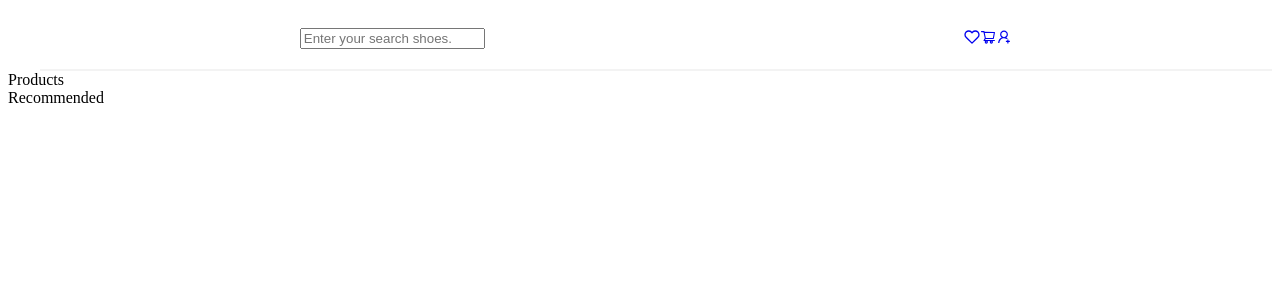
Repository: BKRavindu/fillterigInReact
Page: / (app in myapp/)
An editor plug-in stored every save of this project. The page is shown before and after the next save, followed by the edit.
The browser window is 1280 px wide. The pictures show the whole page.
The project was rebuilt for these pictures with package versions that can differ from the ones it lists, and the page was loaded fresh each time. Also part of the build but not shown: myapp/src/Products/Products.css, myapp/src/Recommended/Recommended.css.

Above is the page before, as saved 2024-05-14 22:34:03.

### myapp/src/App.js
import Nav from "./Navigation/Nav";
import Products from "./Products/Products";
import Recommended from "./Recommended/Recommended";

function App() {
  return (
    <>
      <Nav></Nav>
      <Products></Products>
      <Recommended></Recommended>
    </>

  );
}

export default App;

### myapp/src/Navigation/Nav.js
import { FiHeart } from "react-icons/fi";
import { AiOutlineShoppingCart,AiOutlineUserAdd } from "react-icons/ai";

import "./Nav.css";


function Nav() {
  return (
    <nav>
      <div className="nav-container">
        <input
          type="text"
          className="search-input"
          placeholder="Enter your search shoes.">
        </input>
      </div>
      <div className=".profile-container">
        <a href="#">
          <FiHeart className="nav-icons"></FiHeart>
        </a>
        <a href="#">
          <AiOutlineShoppingCart className="nav-icons"></AiOutlineShoppingCart>
        </a>
        <a href="#">
          <AiOutlineUserAdd className="nav-icons"></AiOutlineUserAdd>
        </a>
      </div>

    </nav>
  )
}//22.57

export default Nav;

### myapp/src/Products/Products.js
import "./Products.css"
function Products() {
  return (
    <div>Products</div>
  )
}

export default Products;

### myapp/src/Recommended/Recommended.js
import "./Recommended.css";

function Recommended() {
  return (
    <div>Recommended</div>
  )
}

export default Recommended;

### myapp/src/Navigation/Nav.css
nav{
    display: flex;
    border-bottom: 2px solid #f3f3f3;
    justify-content: space-around;
    align-items: center;
    padding: 20px;
    z-index: 999;
    margin-left: 2rem;
}

Loaded but not shown: myapp/public/index.html (common file); myapp/src/index.js (common file)

After the next save:
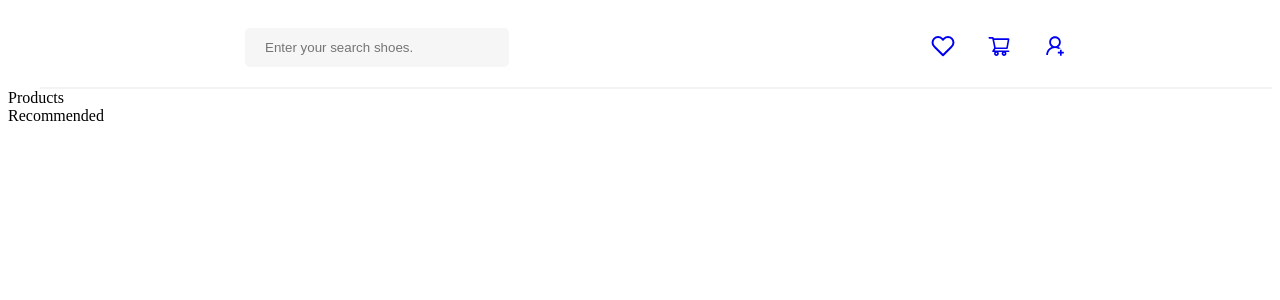
Saved 12 h 8 min later.
--- a/myapp/src/Navigation/Nav.css
+++ b/myapp/src/Navigation/Nav.css
@@ -7,3 +7,20 @@ nav{
     z-index: 999;
     margin-left: 2rem;
 }
+
+input{
+    padding: 12px 20px;
+    border:none;
+    background:#f7f6f6;
+    outline: none;
+    margin-right: 20px;
+    border-radius:5px;
+    position: relative;
+    width: 14rem;
+}
+
+.nav-icons{
+    width: 1.5rem;
+    height: 1.5rem;
+    margin-left: 2rem;
+}
